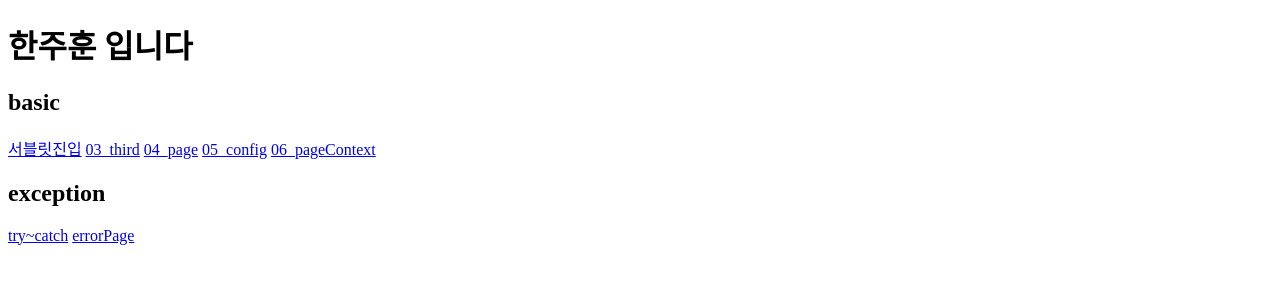
Repository: hjh5217/newJSP
Page: http://localhost/jspProj/
These files come from the project's save history. The page is drawn as it stood at one moment and after the next save; the edit follows.
The browser window is 1280 px wide. The pictures show the whole page.
The page is served by Tomcat 9. Other server files are loaded and not shown.

Above is the page before, as saved 2023-07-26 02:33:39.

### jspProj/src/main/webapp/index.jsp
<%@ page language="java" contentType="text/html; charset=UTF-8"
    pageEncoding="UTF-8"%>
<!DOCTYPE html>
<html>
<head>
<meta charset="UTF-8">
<title>jspProj 입니다</title>
</head>
<body>
	<h1>한주훈 입니다</h1>
	<h2>basic</h2>
	<a href="basic/First">서블릿진입</a>
	<a href="basic/03_third.jsp">03_third</a>
	<a href="basic/04_page.jsp">04_page</a>
	<a href="basic/05_config.jsp">05_config</a>
	<a href="basic/06_pageContext.jsp">06_pageContext</a>
	<h2>exception</h2>
	<a href="err/aaa.jsp">try~catch</a>
	<a href="err/bbb.jsp">errorPage</a>
</body>
</html>

After the next save:
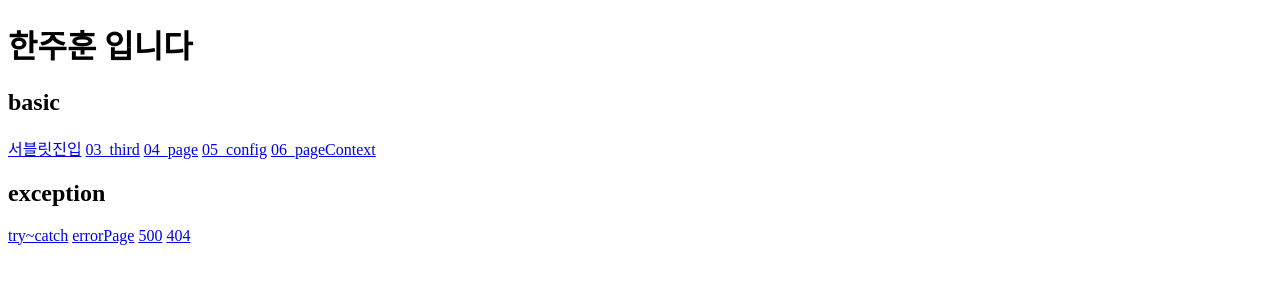
Saved 3 min 4 s later.
--- a/jspProj/src/main/webapp/index.jsp
+++ b/jspProj/src/main/webapp/index.jsp
@@ -17,5 +17,7 @@
 	<h2>exception</h2>
 	<a href="err/aaa.jsp">try~catch</a>
 	<a href="err/bbb.jsp">errorPage</a>
+	<a href="err/ccc.jsp">500</a>
+	<a href="err/ddd.jsp">404</a>
 </body>
 </html>
